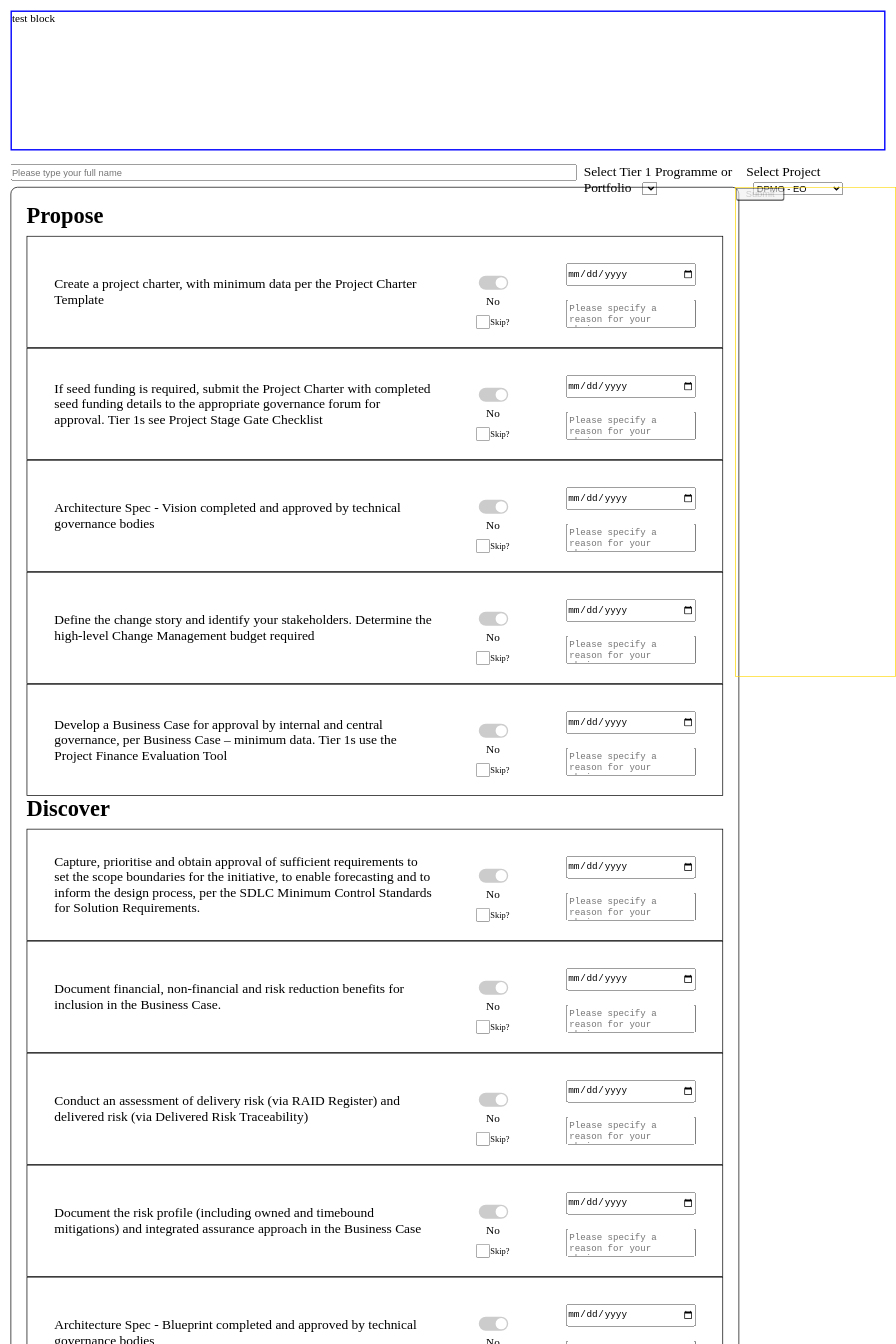
Repository: I-Alpha/JQuery-Html-form
Page: Project-form.html
These files come from the project's save history. The page is drawn as it stood at one moment and after the next save; the edit follows.
The browser window is 1280 px wide. The pictures show the part of the page from y = 0 to 1920 px (the page is 8699 px tall), at 70% of full size.

Above is the page before, as saved 2020-10-27 00:59:29.

After the next save:
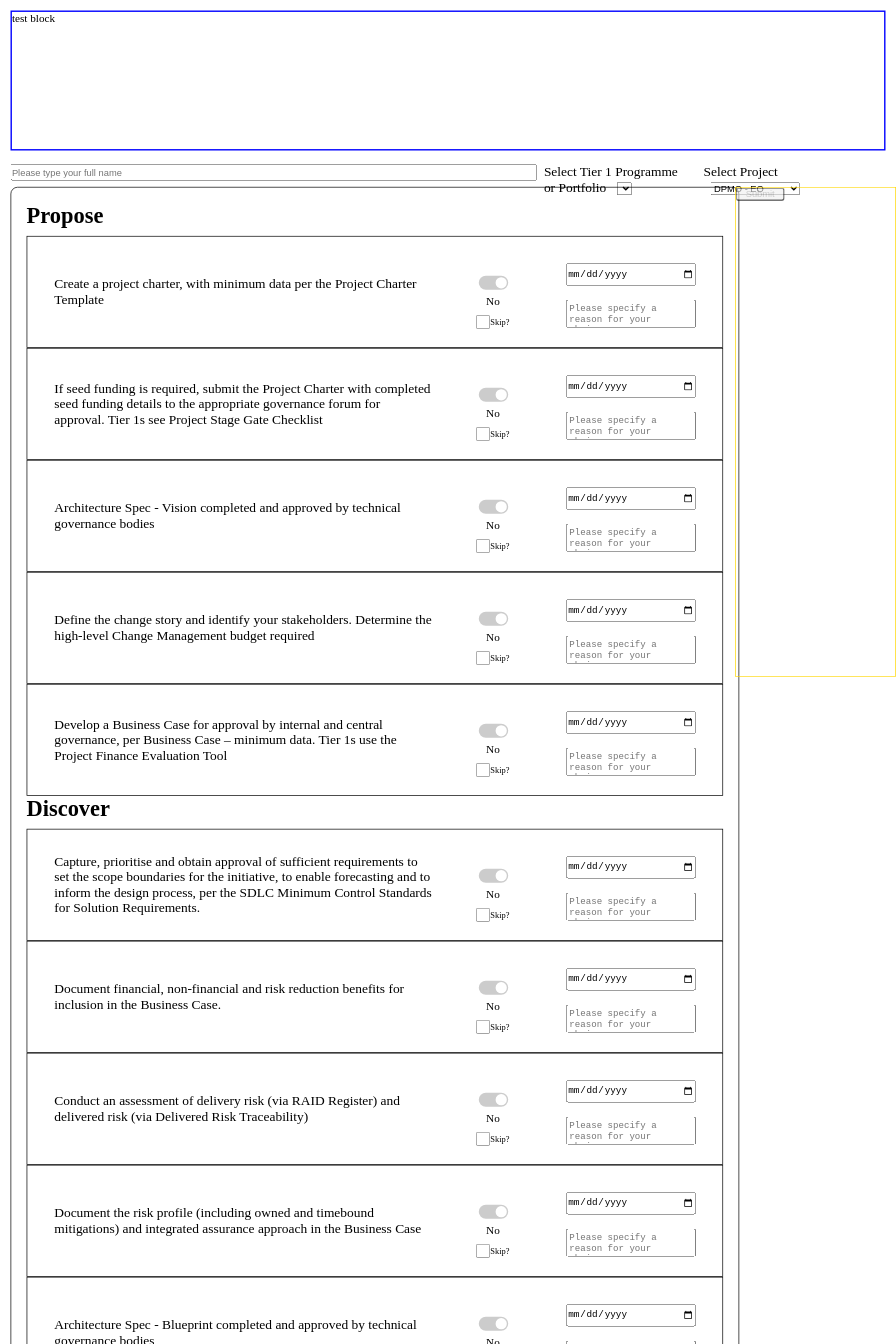
Saved 7 s later.
--- a/main.css
+++ b/main.css
@@ -310,7 +310,7 @@ and (min-width : 1224px) {
   #preBar{
    display: grid;
    flex-direction: row;
-   grid-template-columns: auto  2;
+   grid-template-columns: auto  4rem;
   grid-row:1 ;
   grid-column: 3;
    margin : 10px 0;
